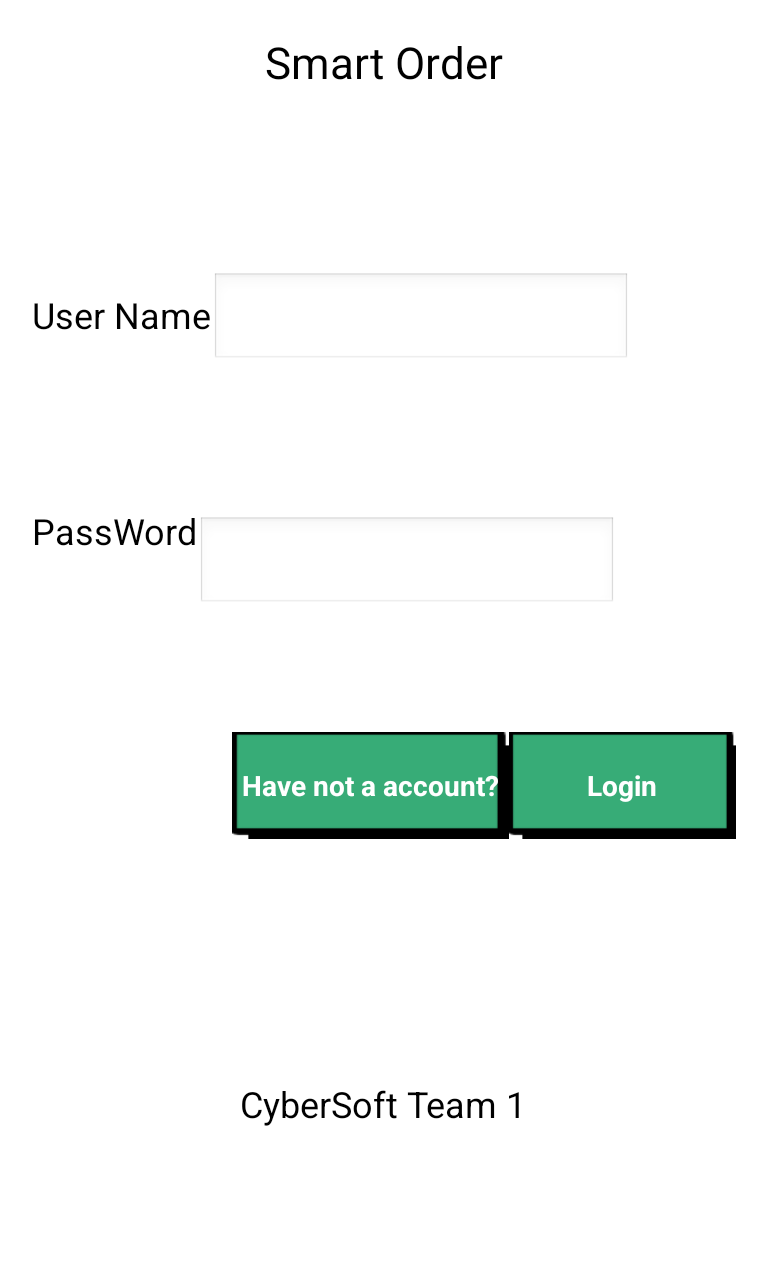
Repository: VanThi/Smart_Order
Layout: Project OS/Project_SO/res/layout/activity_login.xml
The author's editor kept a copy of each file at every save. The layout is drawn from the files as they stood at one save, then again after the next save.
It is drawn on a 768 x 1280 px phone screen (xhdpi) without system bars, with theme android:Theme.Light.NoTitleBar.Fullscreen; the app's code is not run.

Above is the layout before, as saved 2013-11-09 10:40:09.

After the next save:
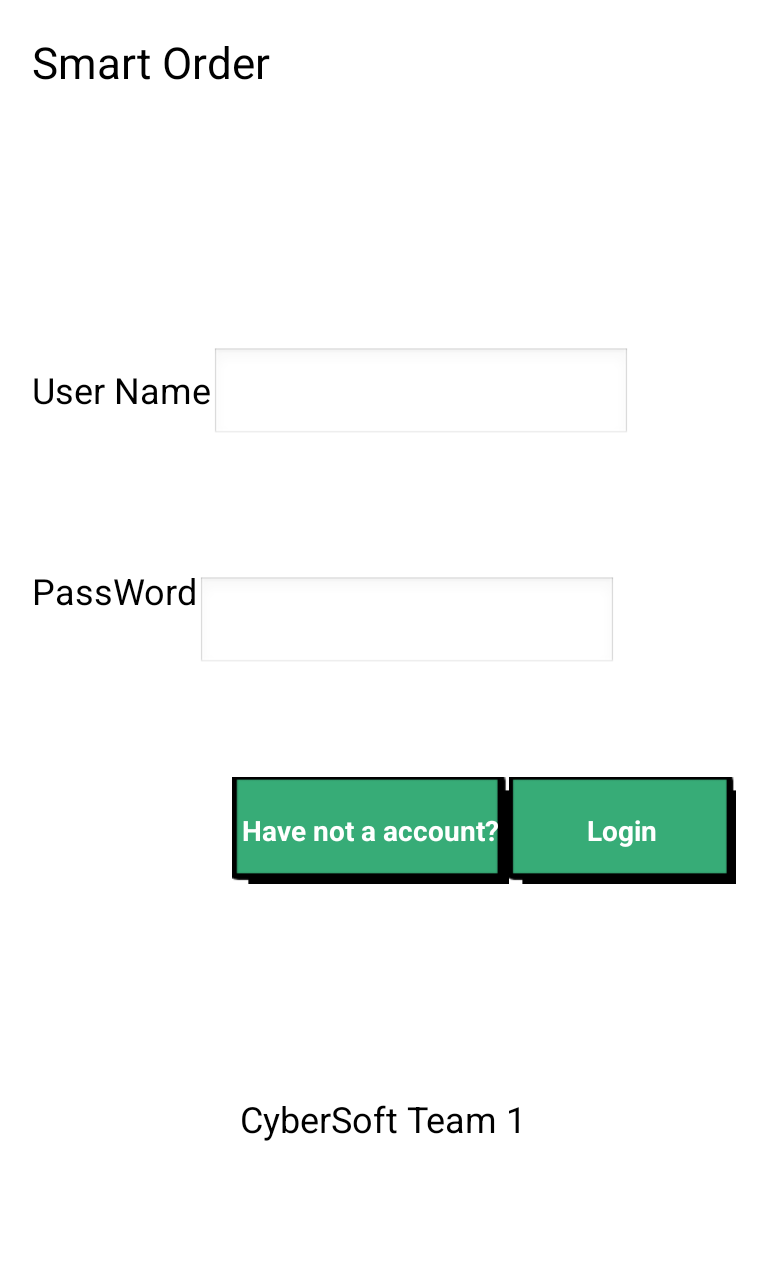
Saved 19 s later.
--- a/Project OS/Project_SO/res/layout/activity_login.xml
+++ b/Project OS/Project_SO/res/layout/activity_login.xml
@@ -13,8 +13,8 @@
         android:id="@+id/smartOrder"
         android:layout_width="wrap_content"
         android:layout_height="0dip"
-        android:layout_gravity="center"
-        android:layout_weight="2"
+        android:layout_gravity="center_vertical"
+        android:layout_weight="3"
         android:text="@string/app_name"
         android:textAppearance="?android:attr/textAppearanceLarge" />
 
